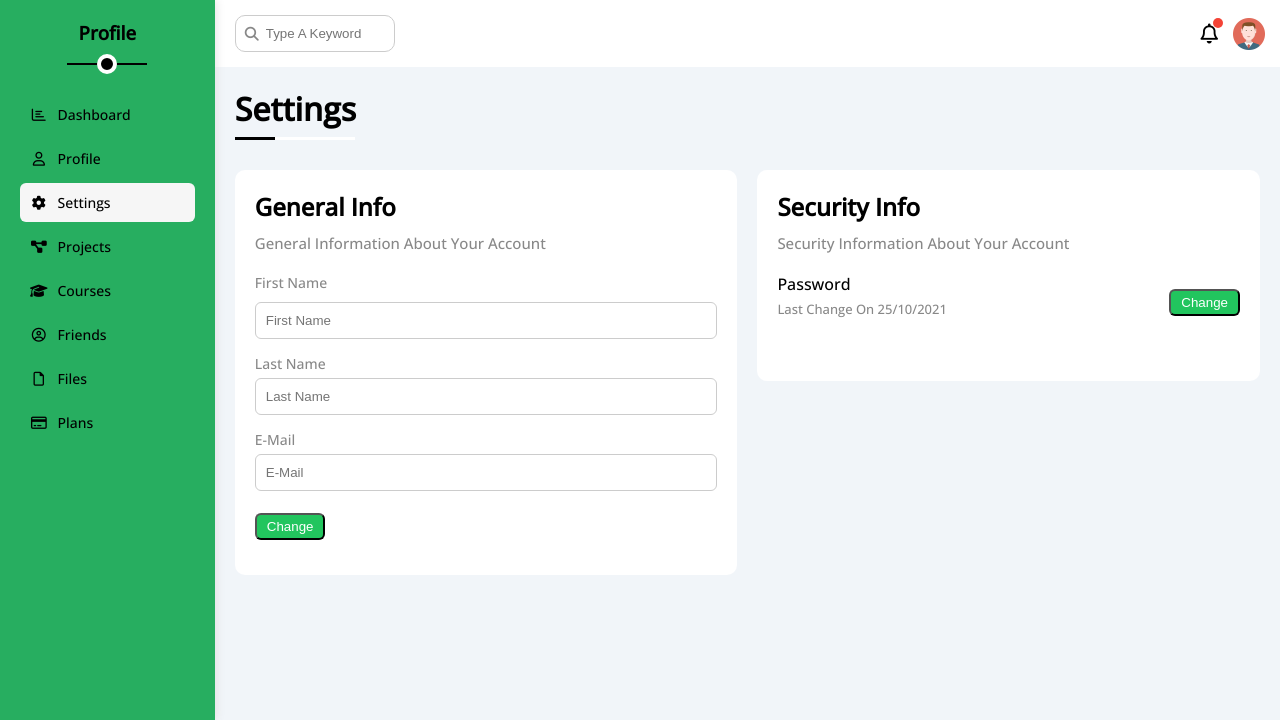
Repository: souhailaniba/Bookly
Page: public/assets/books webstie/settings.html
These files come from the project's save history. The page is drawn as it stood at one moment and after the next save; the edit follows.
The browser window is 1280 px wide. The pictures show the whole page.

Above is the page before, as saved 2023-01-27 15:00:35.

### public/assets/books webstie/settings.html
<!DOCTYPE html>
<html lang="en">
  <head>
    <meta charset="UTF-8" />
    <meta http-equiv="X-UA-Compatible" content="IE=edge" />
    <meta name="viewport" content="width=device-width, initial-scale=1.0" />
    <title>Settings</title>
    <link rel="stylesheet" href="css/all.min.css" />
    <link rel="stylesheet" href="css/framework.css" />
    <link rel="stylesheet" href="css/master.css" />
    <link rel="preconnect" href="https://fonts.googleapis.com" />
    <link rel="preconnect" href="https://fonts.gstatic.com" crossorigin />
    <link href="https://fonts.googleapis.com/css2?family=Open+Sans:wght@300;500&display=swap" rel="stylesheet" />
  </head>
  <body>
    <div class="page d-flex">
      <div class="sidebar bg-white p-20 p-relative"   style="background-color: #27ae60;">
        <h3 class="p-relative txt-c mt-0">Profile</h3>
        <ul>
          <li>
            <a class="d-flex align-center fs-14 c-black rad-6 p-10" href="profil.html">
              <i class="fa-regular fa-chart-bar fa-fw"></i>
              <span>Dashboard</span>
            </a>
          </li>
          <li>
            <a class="d-flex align-center fs-14 c-black rad-6 p-10" href="profile.html">
              <i class="fa-regular fa-user fa-fw"></i>
              <span>Profile</span>
            </a>
          </li>
          <li>
            <a class="active d-flex align-center fs-14 c-black rad-6 p-10" href="settings.html">
              <i class="fa-solid fa-gear fa-fw"></i>
              <span>Settings</span>
            </a>
          </li>
          <li>
            <a class="d-flex align-center fs-14 c-black rad-6 p-10" href="projects.html">
              <i class="fa-solid fa-diagram-project fa-fw"></i>
              <span>Projects</span>
            </a>
          </li>
          <li>
            <a class="d-flex align-center fs-14 c-black rad-6 p-10" href="courses.html">
              <i class="fa-solid fa-graduation-cap fa-fw"></i>
              <span>Courses</span>
            </a>
          </li>
          <li>
            <a class="d-flex align-center fs-14 c-black rad-6 p-10" href="friends.html">
              <i class="fa-regular fa-circle-user fa-fw"></i>
              <span>Friends</span>
            </a>
          </li>
          <li>
            <a class="d-flex align-center fs-14 c-black rad-6 p-10" href="files.html">
              <i class="fa-regular fa-file fa-fw"></i>
              <span>Files</span>
            </a>
          </li>
          <li>
            <a class="d-flex align-center fs-14 c-black rad-6 p-10" href="plans.html">
              <i class="fa-regular fa-credit-card fa-fw"></i>
              <span>Plans</span>
            </a>
          </li>
        </ul>
      </div>
      <div class="content w-full">
        <!-- Start Head -->
        <div class="head bg-white p-15 between-flex">
          <div class="search p-relative">
            <input class="p-10" type="search" placeholder="Type A Keyword" />
          </div>
          <div class="icons d-flex align-center">
            <span class="notification p-relative">
              <i class="fa-regular fa-bell fa-lg"></i>
            </span>
            <img src="imgs/avatar.png" alt="" />
          </div>
        </div>
        <!-- End Head -->
        <h1 class="p-relative">Settings</h1>
        <div class="settings-page m-20 d-grid gap-20">
          <form action="">
          <!-- Start Settings Box -->
          <div class="p-20 bg-white rad-10">
            <h2 class="mt-0 mb-10">General Info</h2>
            <p class="mt-0 mb-20 c-grey fs-15">General Information About Your Account</p>
            <div class="mb-15">
              <label class="fs-14 c-grey d-block mb-10" for="first">First Name</label>
              <input
                class="b-none border-ccc p-10 rad-6 d-block w-full"
                type="text"
                id="first"
                placeholder="First Name"
              />
            </div>
            <div class="mb-15">
              <label class="fs-14 c-grey d-block mb-5" for="last">Last Name</label>
              <input
                class="b-none border-ccc p-10 rad-6 d-block w-full"
                id="last"
                type="text"
                placeholder="Last Name"
              />
            </div>
            <div class="mb-15">
              <label class="fs-14 c-grey d-block mb-5" for="email">E-Mail</label>
              <input
                class="b-none border-ccc p-10 rad-6 d-block w-full"
                id="email"
                type="email"
                placeholder="E-Mail"
              />
              <br>
              <button class="button bg-green c-white btn-shape" type="submit" action="">Change</button>
            </div>
          </div>
        </form>
          <!-- End Settings Box -->
          <!-- Start Settings Box -->
          <form action="">
          <div class="p-20 bg-white rad-10">
            <h2 class="mt-0 mb-10">Security Info</h2>
            <p class="mt-0 mb-20 c-grey fs-15">Security Information About Your Account</p>
            <div class="sec-box mb-15 between-flex">
              <div>
                <span>Password</span>
                <p class="c-grey mt-5 mb-0 fs-13">Last Change On 25/10/2021</p>
              </div>
              <button class="button bg-green c-white btn-shape" type="submit" action="">Change</button>
            </div>
          </div>
        </form>
          <!-- End Settings Box -->
        </div>
      </div>
    </div>
  </body>
</html>

### public/assets/books webstie/css/framework.css
:root {
  --blue-color: #0075ff;
  --blue-alt-color: #0d69d5;
  --orange-color: #f59e0b;
  --green-color: #22c55e;
  --red-color: #f44336;
  --grey-color: #888;
}
/* Start Box */
.d-flex {
  display: flex;
}
.f-wrap {
  flex-wrap: wrap;
}
.align-center {
  align-items: center;
}
.space-between {
  justify-content: space-between;
}
.d-grid {
  display: grid;
}
.gap-20 {
  gap: 20px;
}
.d-block {
  display: block;
}
@media (max-width: 767px) {
  .block-mobile {
    display: block;
  }
  .hide-mobile {
    display: none;
  }
}
/* End Box */
/* Start Padding + Margin */
.p-10 {
  padding: 10px;
}
.p-15 {
  padding: 15px;
}
.p-20 {
  padding: 20px;
}
.pt-10 {
  padding-top: 10px;
}
.pt-15 {
  padding-top: 15px;
}
.pt-20 {
  padding-top: 20px;
}
.pb-10 {
  padding-bottom: 10px;
}
.pb-15 {
  padding-bottom: 15px;
}
.pb-20 {
  padding-bottom: 20px;
}
.pl-15 {
  padding-left: 15px;
}
.m-0 {
  margin: 0;
}
.m-15 {
  margin: 15px;
}
.m-20 {
  margin: 20px;
}
.mt-0 {
  margin-top: 0;
}
.mt-5 {
  margin-top: 5px;
}
.mt-10 {
  margin-top: 10px;
}
.mt-15 {
  margin-top: 15px;
}
.mt-20 {
  margin-top: 20px;
}
.mt-25 {
  margin-top: 25px;
}
.mr-10 {
  margin-right: 10px;
}
.mr-15 {
  margin-right: 15px;
}
.mb-5 {
  margin-bottom: 5px;
}
.mb-10 {
  margin-bottom: 10px;
}
.mb-15 {
  margin-bottom: 15px;
}
.mb-20 {
  margin-bottom: 20px;
}
.mb-25 {
  margin-bottom: 25px;
}
/* End Padding + Margin */
/* Start Color */
.c-black {
  color: black;
}
.c-white {
  color: white;
}
.c-grey {
  color: var(--grey-color);
}
.c-red {
  color: var(--red-color);
}
.c-green {
  color: var(--green-color);
}
.c-blue {
  color: var(--blue-color);
}
.c-orange {
  color: var(--orange-color);
}
.bg-red {
  background-color: var(--red-color);
}
.bg-green {
  background-color: var(--green-color);
}
.bg-blue {
  background-color: var(--blue-color);
}
.bg-orange {
  background-color: var(--orange-color);
}
.bg-white {
  background-color: white;
}
.bg-eee {
  background-color: #eee;
}
/* End Color */
/* Start Position */
.p-relative {
  position: relative;
}
.p-absolute {
  position: absolute;
}
/* End Position */
/* Start Font */
.txt-c {
  text-align: center;
}
.fs-13 {
  font-size: 13px;
}
.fs-14 {
  font-size: 14px;
}
.fs-15 {
  font-size: 15px;
}
.fs-25 {
  font-size: 25px;
}
.fw-bold {
  font-weight: bold;
}
@media (max-width: 767px) {
  .txt-c-mobile {
    text-align: center;
  }
}
/* End Font */
/* Start Border */
.rad-6 {
  border-radius: 6px;
}
.rad-10 {
  border-radius: 10px;
}
.rad-half {
  border-radius: 50%;
}
.b-none {
  border: none;
}
.border-ccc {
  border: 1px solid #ccc;
}
.border-eee {
  border: 1px solid #eee;
}

/* End Border */
/* Start Width + Height */
.w-full {
  width: 100%;
}
.w-100 {
  width: 100px;
}
.w-fit {
  width: fit-content;
}
.h-full {
  height: 100%;
}
.h-100 {
  height: 100px;
}
/* End Width + Height */
/* Start Components */
.center-flex {
  display: flex;
  align-items: center;
  justify-content: center;
}
.between-flex {
  display: flex;
  align-items: center;
  justify-content: space-between;
}
.btn-shape {
  padding: 4px 10px;
  border-radius: 6px;
}
/* End Components */

Loaded but not shown: public/assets/books webstie/css/all.min.css (library); public/assets/books webstie/css/master.css (1171 lines, source omitted)

After the next save:
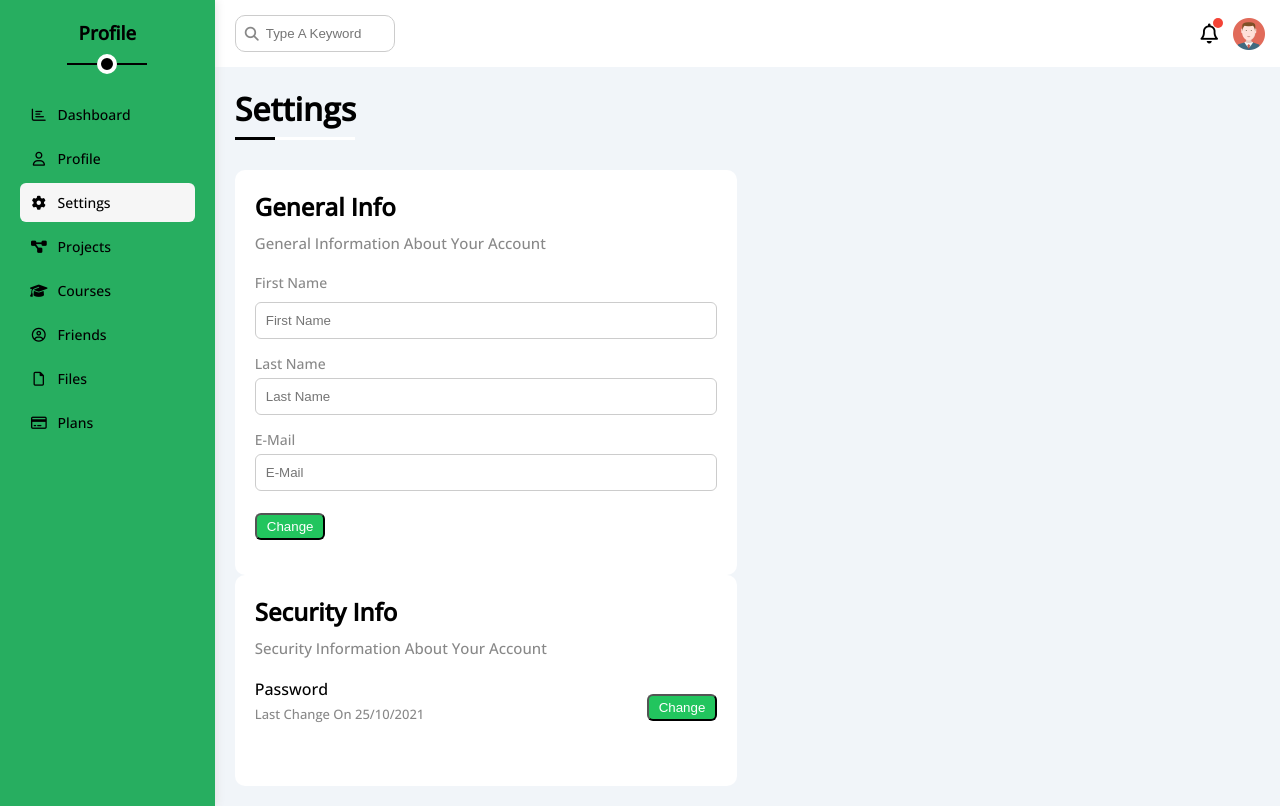
Saved 22 s later.
--- a/public/assets/books webstie/settings.html
+++ b/public/assets/books webstie/settings.html
@@ -83,45 +83,42 @@
         <!-- End Head -->
         <h1 class="p-relative">Settings</h1>
         <div class="settings-page m-20 d-grid gap-20">
-          <form action="">
-          <!-- Start Settings Box -->
-          <div class="p-20 bg-white rad-10">
-            <h2 class="mt-0 mb-10">General Info</h2>
-            <p class="mt-0 mb-20 c-grey fs-15">General Information About Your Account</p>
-            <div class="mb-15">
-              <label class="fs-14 c-grey d-block mb-10" for="first">First Name</label>
-              <input
-                class="b-none border-ccc p-10 rad-6 d-block w-full"
-                type="text"
-                id="first"
-                placeholder="First Name"
-              />
-            </div>
-            <div class="mb-15">
-              <label class="fs-14 c-grey d-block mb-5" for="last">Last Name</label>
-              <input
-                class="b-none border-ccc p-10 rad-6 d-block w-full"
-                id="last"
-                type="text"
-                placeholder="Last Name"
-              />
-            </div>
-            <div class="mb-15">
-              <label class="fs-14 c-grey d-block mb-5" for="email">E-Mail</label>
-              <input
-                class="b-none border-ccc p-10 rad-6 d-block w-full"
-                id="email"
-                type="email"
-                placeholder="E-Mail"
-              />
-              <br>
-              <button class="button bg-green c-white btn-shape" type="submit" action="">Change</button>
-            </div>
-          </div>
-        </form>
           <!-- End Settings Box -->
           <!-- Start Settings Box -->
           <form action="">
+            <div class="p-20 bg-white rad-10">
+              <h2 class="mt-0 mb-10">General Info</h2>
+              <p class="mt-0 mb-20 c-grey fs-15">General Information About Your Account</p>
+              <div class="mb-15">
+                <label class="fs-14 c-grey d-block mb-10" for="first">First Name</label>
+                <input
+                  class="b-none border-ccc p-10 rad-6 d-block w-full"
+                  type="text"
+                  id="first"
+                  placeholder="First Name"
+                />
+              </div>
+              <div class="mb-15">
+                <label class="fs-14 c-grey d-block mb-5" for="last">Last Name</label>
+                <input
+                  class="b-none border-ccc p-10 rad-6 d-block w-full"
+                  id="last"
+                  type="text"
+                  placeholder="Last Name"
+                />
+              </div>
+              <div class="mb-15">
+                <label class="fs-14 c-grey d-block mb-5" for="email">E-Mail</label>
+                <input
+                  class="b-none border-ccc p-10 rad-6 d-block w-full"
+                  id="email"
+                  type="email"
+                  placeholder="E-Mail"
+                />
+                <br>
+                <button class="button bg-green c-white btn-shape" type="submit" action="">Change</button>
+              </div>
+            </div>
           <div class="p-20 bg-white rad-10">
             <h2 class="mt-0 mb-10">Security Info</h2>
             <p class="mt-0 mb-20 c-grey fs-15">Security Information About Your Account</p>
